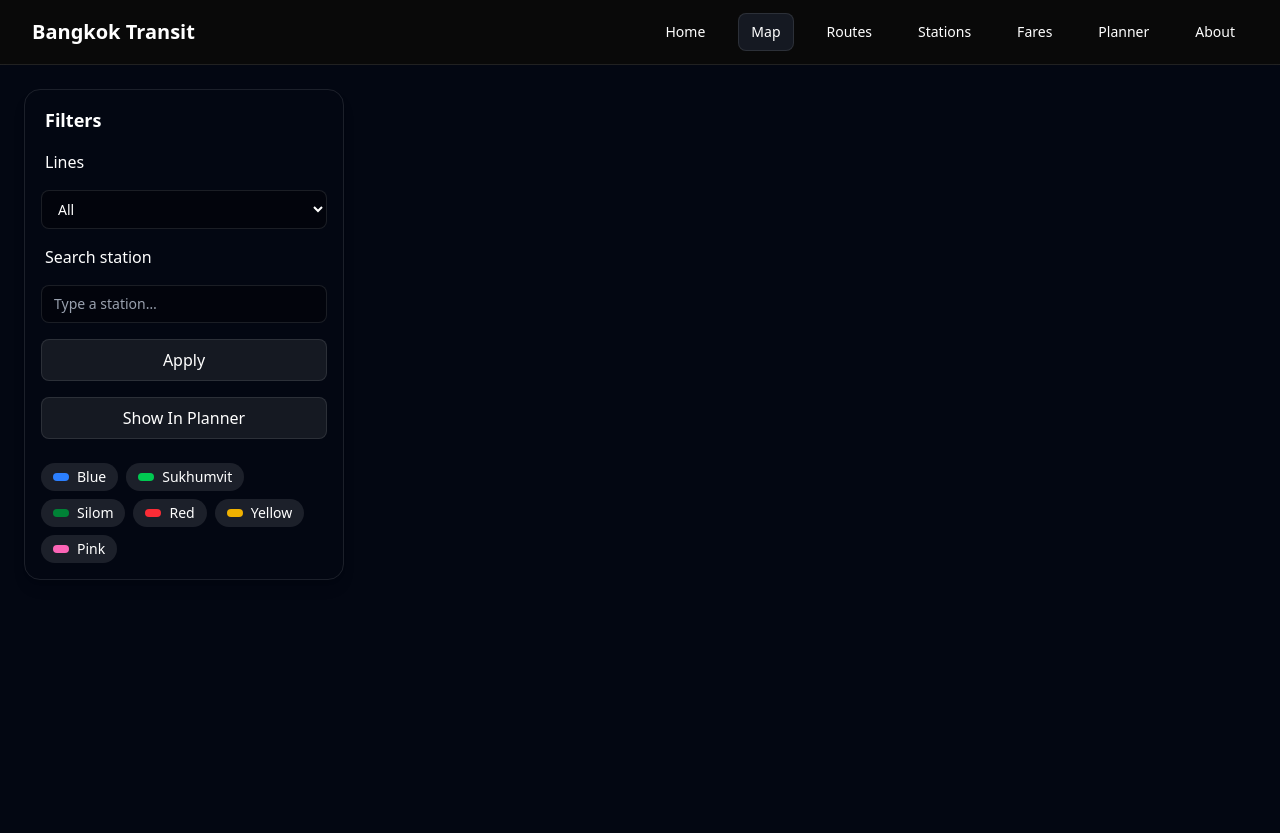
Repository: pyaestk/Bangkok-transit-map
Page: /map
These files come from the project's save history. The page is drawn as it stood at one moment and after the next save; the edit follows.
The browser window is 1280 px wide. The pictures show the whole page.
The project was rebuilt for these pictures with package versions that can differ from the ones it lists, and the page was loaded fresh each time. Also part of the build but not shown: vite.config.ts, src/pages/Home.tsx, src/pages/Planner.tsx, src/pages/Stations.tsx, src/pages/TrainRoutes.tsx, src/pages/Fares.tsx, src/pages/About.tsx.

Above is the page before, as saved 2025-10-04 10:26:09.

### index.html
<!doctype html>
<html lang="en">
  <head>
    <meta charset="UTF-8" />
    <link rel="icon" type="image/svg+xml" href="/vite.svg" />
    <meta name="viewport" content="width=device-width, initial-scale=1.0" />
    <title>bangkok-transit-map</title>
  </head>
  <body>
    <div id="root"></div>
    <script type="module" src="/src/main.tsx"></script>
  </body>
</html>

### src/main.tsx
import { StrictMode } from 'react'
import { createRoot } from 'react-dom/client'
import './index.css'
import App from './App.tsx'
import { BrowserRouter as Router } from 'react-router'

createRoot(document.getElementById('root')!).render(
  <StrictMode>
    <Router>
      <App />
    </Router>
  </StrictMode>,
)

### src/App.tsx
import "./App.css";
import NavBar from "./component/NavBar";
import { Routes, Route } from "react-router-dom";
import Home from "./pages/Home";
import Map from "./pages/Map";
import Planner from "./pages/Planner";
import Stations from "./pages/Stations";
import TrainRoutes from "./pages/TrainRoutes";
import Fares from "./pages/Fares";
import About from "./pages/About";


function App() {
  return (
    <div className="min-h-screen flex flex-col">
      {/* Navbar at the top */}
      <NavBar />

      {/* Main content area */}
      <main className="flex-1 p-6 bg-gray-950">
        <Routes>
          <Route
            path="/"
            element={ <Home/> }
          />
          <Route
            path="/map"
            element={ <Map/> }
          />
          <Route
            path="/planner"
            element={ <Planner/>}
          />
          <Route
            path="/routes"
            element={<TrainRoutes/>}
          />
          <Route
            path="/stations"
            element={<Stations/>}
          />
          <Route
            path="/fares"
            element={<Fares/>}
          />
          <Route
            path="/about"
            element={<About/>}
          />
        </Routes>
      </main>
    </div>
  );
}

export default App;

### src/App.css
@import "tailwindcss";

:root {
  background: #0a0a0a;
}

### src/component/NavBar.tsx
import { NavLink } from "react-router-dom";
import { useState } from "react";

function NavBar() {
  const [open, setOpen] = useState(false);

  const baseClasses =
    "px-3 py-2 text-sm border border-transparent block text-center";
  const inactiveClasses = "text-white transition-colors";
  const activeClasses = "bg-[#151922] border rounded-lg text-white border-white/10";

  const links = [
    { to: "/", label: "Home" },
    { to: "/map", label: "Map" },
    { to: "/routes", label: "Routes" },
    { to: "/stations", label: "Stations" },
    { to: "/fares", label: "Fares" },
    { to: "/planner", label: "Planner" },
    { to: "/about", label: "About" },
  ];

  return (
    <nav className="sticky top-0 z-50 bg-[#0a0a0a4d] border-b border-white/10 backdrop-blur-[4px]">
      <div className="max-w-7xl mx-auto px-4 sm:px-6 lg:px-8">
        <div className="flex items-center justify-between h-16">
          {/* Left side (Logo / Brand) */}
          <div className="flex-shrink-0 text-white text-xl font-bold">
            Bangkok Transit
          </div>

          {/* Desktop links */}
          <div className="hidden md:flex space-x-5">
            {links.map((l) => (
              <NavLink
                key={l.to}
                to={l.to}
                className={({ isActive }) =>
                  `${baseClasses} ${isActive ? activeClasses : inactiveClasses}`
                }
              >
                {l.label}
              </NavLink>
            ))}
          </div>

          {/* Mobile hamburger button */}
          <div className="md:hidden">
            <button
              aria-label="Toggle menu"
              onClick={() => setOpen((s) => !s)}
              className="inline-flex items-center justify-center p-2 rounded-md text-white hover:bg-white/5 focus:outline-none focus:ring-2 focus:ring-white"
            >
              <span className="sr-only">Open main menu</span>
              {/* Hamburger / X icon */}
              <svg
                className={`h-6 w-6 ${open ? "hidden" : "block"}`}
                xmlns="http://www.w3.org/2000/svg"
                fill="none"
                viewBox="0 0 24 24"
                strokeWidth={2}
                stroke="currentColor"
                aria-hidden="true"
              >
                <path
                  strokeLinecap="round"
                  strokeLinejoin="round"
                  d="M3 6h18M3 12h18M3 18h18"
                />
              </svg>
              <svg
                className={`h-6 w-6 ${open ? "block" : "hidden"}`}
                xmlns="http://www.w3.org/2000/svg"
                fill="none"
                viewBox="0 0 24 24"
                strokeWidth={2}
                stroke="currentColor"
                aria-hidden="true"
              >
                <path
                  strokeLinecap="round"
                  strokeLinejoin="round"
                  d="M6 18L18 6M6 6l12 12"
                />
              </svg>
            </button>
          </div>
        </div>
      </div>

      {/* Mobile menu, shown when open is true */}
      <div className={`md:hidden ${open ? "block" : "hidden"} `}>
        <div className="px-2 pt-2 pb-3 space-y-1">
          {links.map((l) => (
            <NavLink
              key={l.to}
              to={l.to}
              onClick={() => setOpen(false)}
              className={({ isActive }) =>
                `${baseClasses} ${isActive ? activeClasses : inactiveClasses}`
              }
            >
              {l.label}
            </NavLink>
          ))}
        </div>
      </div>
    </nav>
  );
}

export default NavBar;

### src/pages/Map.tsx
import FiltersCard from "../component/FiltersCard";

export default function Map() {
  return (
    <div className="min-h-screen">
      <FiltersCard/>
    </div>
  )
}

### src/component/FiltersCard.tsx
export default function FiltersCard() {
  return (
    <div className="p-4 rounded-2xl bg-gray border border-white/10 shadow-lg w-80 text-white">
      <h2 className="text-lg font-bold mb-4 mx-1">Filters</h2>

      {/* Lines */}
      <label className="block my-4 mx-1">Lines</label>
      <select className="w-full px-3 py-2 rounded-lg bg-black/30 border border-white/10 focus:outline-none text-sm">
        <option>All</option>
        <option>Blue</option>
        <option>Red</option>
        <option>Yellow</option>
      </select>

      {/* Search station */}
      <label className="block my-4 mx-1">Search station</label>
      <input
        type="text"
        placeholder="Type a station…"
        className="w-full text-sm px-3 py-2 rounded-lg bg-black/30 border border-white/10 placeholder-gray-400 focus:outline-none"
      />

      {/* Buttons */}
      <div className="flex flex-col space-y-4 mt-4">
        <button className="px-4 py-2 rounded-lg bg-[#151922] border text-white border-white/10 hover:bg-white/10">Apply</button>
        <button className="px-4 py-2 rounded-lg bg-[#151922] border text-white border-white/10 hover:bg-white/10">Show In Planner</button>
      </div>

      {/* Line Pills */}
      <div className="flex flex-wrap gap-2 mt-6 text-sm">
        <span className="flex items-center px-3 py-1 rounded-full bg-white/10">
          <span className="w-4 h-2 rounded-full bg-blue-500 mr-2"></span>
          Blue
        </span>
        <span className="flex items-center px-3 py-1 rounded-full bg-white/10">
          <span className="w-4 h-2 rounded-full bg-green-500 mr-2"></span>
          Sukhumvit
        </span>
        <span className="flex items-center px-3 py-1 rounded-full bg-white/10">
          <span className="w-4 h-2 rounded-full bg-green-700 mr-2"></span>
          Silom
        </span>
        <span className="flex items-center px-3 py-1 rounded-full bg-white/10">
            <span className="w-4 h-2 rounded-full bg-red-500 mr-2"></span> Red
        </span>
        <span className="flex items-center px-3 py-1 rounded-full bg-white/10">
            <span className="w-4 h-2 rounded-full bg-yellow-500 mr-2"></span> Yellow
        </span>
        <span className="flex items-center px-3 py-1 rounded-full bg-white/10">
            <span className="w-4 h-2 rounded-full bg-pink-400 mr-2"></span> Pink
        </span>
      </div>
    </div>
  )
}

Loaded but not shown: src/index.css (common file)

After the next save:
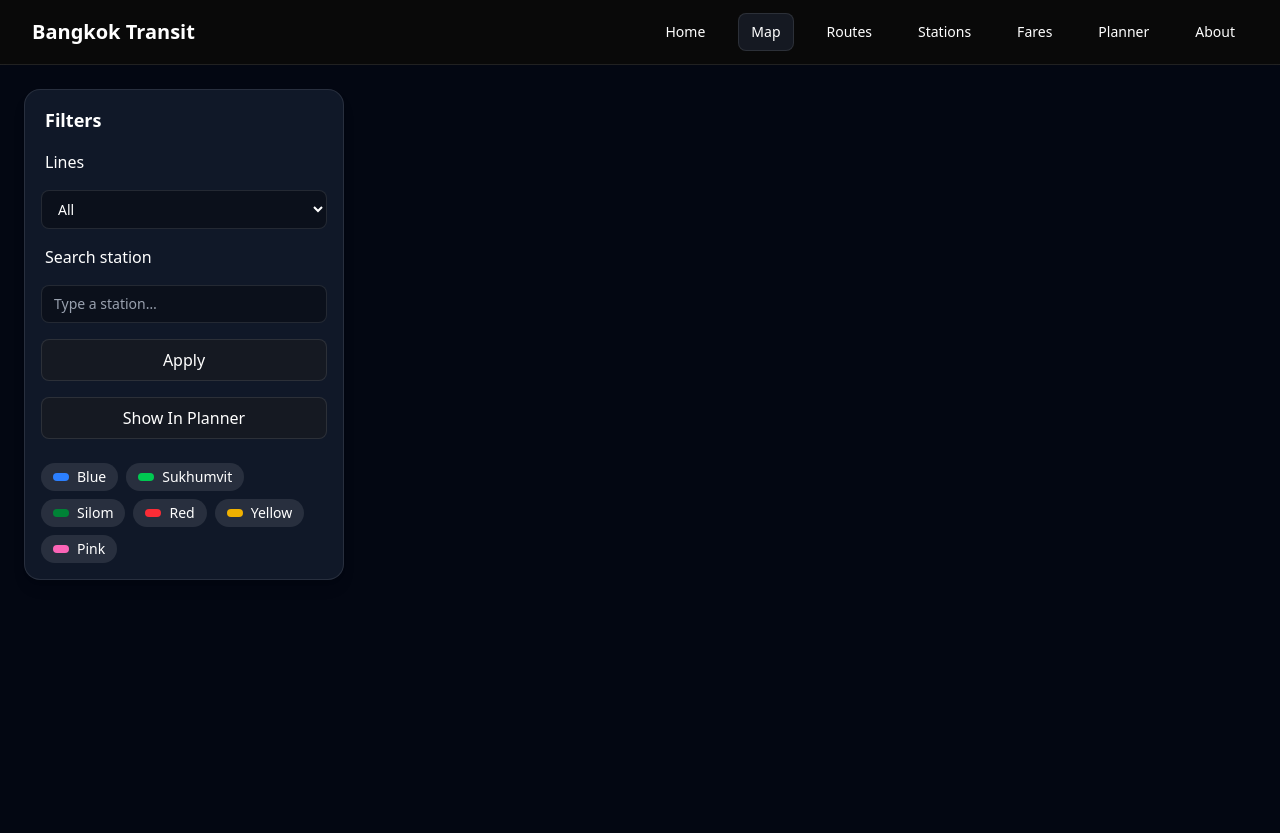
Saved 32 s later.
--- a/src/component/FiltersCard.tsx
+++ b/src/component/FiltersCard.tsx
@@ -1,6 +1,6 @@
 export default function FiltersCard() {
   return (
-    <div className="p-4 rounded-2xl bg-gray border border-white/10 shadow-lg w-80 text-white">
+    <div className="p-4 rounded-2xl bg-gray-900 border border-white/10 shadow-lg w-80 text-white">
       <h2 className="text-lg font-bold mb-4 mx-1">Filters</h2>
 
       {/* Lines */}
